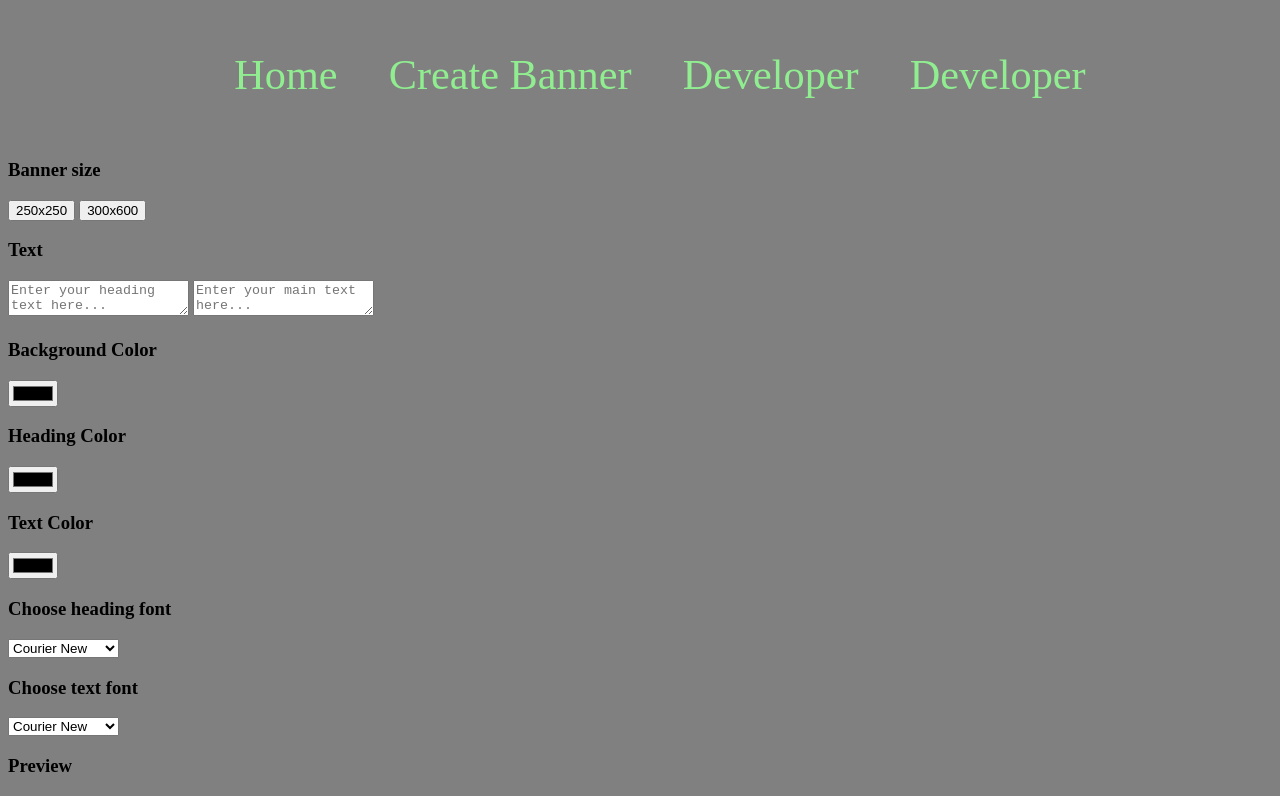
Repository: Yuravolontir/--Baner-Editor--
Page: banner.html
These files come from the project's save history. The page is drawn as it stood at one moment and after the next save; the edit follows.
The browser window is 1280 px wide. The pictures show the whole page.

Above is the page before, as saved 2025-07-15 19:46:39.

### banner.html
<!DOCTYPE html>
<html lang="en">
<head>
    <meta charset="UTF-8">
    <meta name="viewport" content="width=device-width, initial-scale=1.0">
    <title>Document</title>
    <link rel="stylesheet" href="/styles/styles.css">
    <script type="module" src="/scripts/index.js"></script>
    <link href="https://fonts.googleapis.com/css2?family=Be+Vietnam+Pro&family=DM+Sans&family=Figtree&family=Inter&family=Manrope&family=Outfit&family=Rubik&family=Space+Grotesk&family=Sora&family=Urbanist&display=swap" rel="stylesheet">

</head>
<body>

<nav>
    <ul>
    <li><a href="/dashboard.html">Home</a></li>
    <li><a href="/banner.html">Create Banner</a></li>
    <li><a href="/thanks-to-developer.html">Developer</a></li>
    <li><a href="/thanks-to-developer.html">Developer</a></li>
    </ul>
</nav>
<div class="controls">
<h3>Banner size</h3>
<button id="250X250">250x250</button>
<button id="300X600">300x600</button>
<h3>Text</h3>
<textarea id="bannerHeading" placeholder="Enter your heading text here..."></textarea>
<textarea id="bannerText" placeholder="Enter your main text here..."></textarea>
<h3>Background Color</h3>
<input type="color" id="BackgroundColor">

<h3>Heading Color</h3>
<input type="color" id="HeadingColor">

<h3>Text Color</h3>
<input type="color" id="TextColor">

<h3>Choose heading font</h3>
<select id="head-font">
  <option value="Courier New">Courier New</option>
  <option value="Inter">Inter</option>
  <option value="Poppins">Poppins</option>
  <option value="Space Grotesk">Space Grotesk</option>
  <option value="Outfit">Outfit</option>
  <option value="Manrope">Manrope</option>
  <option value="Sora">Sora</option>
  <option value="Figtree">Figtree</option>
  <option value="Rubik">Rubik</option>
  <option value="Urbanist">Urbanist</option>
  <option value="DM Sans">DM Sans</option>
</select>

<h3>Choose text font</h3>
<select id="text-font">
  <option value="Courier New">Courier New</option>
  <option value="Inter">Inter</option>
  <option value="Poppins">Poppins</option>
  <option value="Space Grotesk">Space Grotesk</option>
  <option value="Outfit">Outfit</option>
  <option value="Manrope">Manrope</option>
  <option value="Sora">Sora</option>
  <option value="Figtree">Figtree</option>
  <option value="Rubik">Rubik</option>
  <option value="Urbanist">Urbanist</option>
  <option value="DM Sans">DM Sans</option>
</select>


<h3>Preview</h3>
<div id="preview">

</div>
</body>
</html>

### styles/styles.css
body {
    background-color: grey;
}

#form-container{
    width: 300px;
    margin: 0 auto;
    padding: 20px;
    background-color: white;
    border-radius: 10px;
    box-shadow: 0 0 10px rgba(0, 0, 0, 0.1);
    display: flex;
    flex-direction: column;
    align-items: center;
    text-align: center;
}


nav {
  margin-top: auto;
  margin-bottom: auto;
  display: flex;
  justify-content:center;
  align-items: center;
  margin-left: auto; /* Push navigation items to the right end */
}
nav ul {
  list-style: none;
  display: flex;
  justify-content: flex-end;
}

nav ul li {
  padding: 2vw;
}

nav ul li a {
  text-decoration: none;
  color: lightgreen;
  font-size: 3.3vw;
}

nav ul li a:hover {
  color: orange;
}

#preview {

}

### scripts/index.js
import {createBanner, updateBannerHeading, updateBannerText, updateBannerColor,updateBannerHeadingColor , updateBannerTextColor,updateHeadingFont , updateTextFont} from "./banner.js";




document.getElementById("250X250").addEventListener('click', createBanner);
document.getElementById("300X600").addEventListener('click', createBanner);


document.getElementById("bannerHeading").addEventListener('input', updateBannerHeading);

document.getElementById("bannerText").addEventListener('input', updateBannerText);

document.getElementById("BackgroundColor").addEventListener('input', updateBannerColor);

document.getElementById("HeadingColor").addEventListener('input', updateBannerHeadingColor);

document.getElementById("TextColor").addEventListener('input', updateBannerTextColor);

document.getElementById("head-font").addEventListener('input', updateHeadingFont);

document.getElementById("text-font").addEventListener('input', updateTextFont);

### scripts/banner.js





export function createBanner(event) {
    event.preventDefault();
    const blank = document.querySelector("#preview");
    blank.innerHTML = "";
    const div = document.createElement("div");
    div.id = "generatedBanner"; // So we can update it later

    if (event.target.id === "300X600")
    {
    div.style.width = "300px";
    div.style.height = "600px";
    }
     if (event.target.id === "250X250")
    {
     div.style.width = "250px";
     div.style.height = "250px";
    }

    div.style.border = "1px solid black";
    div.style.background = "white";

    const h1 = document.createElement("h1");
    h1.id = "bannerH1"; // So we can update it
    h1.style.textAlign = "center";
    h1.textContent = document.getElementById("bannerHeading").value;

    const pre = document.createElement("pre");
    pre.id = "bannerPre"; // So we can update it
    pre.style.textAlign = "center";
    pre.textContent = document.getElementById("bannerText").value;

    div.appendChild(h1);
    div.appendChild(pre);

    blank.appendChild(div);
}
export function updateBannerHeading() {
    const h1 = document.getElementById("bannerH1");
    if (h1) {
        h1.textContent = document.getElementById("bannerHeading").value;
    }
}

export function updateBannerText() {
        const pre = document.getElementById("bannerPre");
    if (pre) {
        pre.textContent = document.getElementById("bannerText").value;
    }
}


export function updateBannerColor() {
    const div = document.getElementById("generatedBanner");
    if (div) {
        div.style.backgroundColor = document.getElementById("BackgroundColor").value;
    }
}

export function updateBannerHeadingColor() {
            const h1= document.getElementById("bannerH1");
    if (h1) {
        h1.style.color = document.getElementById("HeadingColor").value;
    }
}

export function updateBannerTextColor() {
        const pre = document.getElementById("bannerPre");
    if (pre) {
        pre.style.color = document.getElementById("TextColor").value;
    }
}

export function updateHeadingFont() {
    const h1 = document.getElementById("bannerH1");
    if (h1) {
        h1.style.fontFamily = document.getElementById("head-font").value;
    }
}
export function updateTextFont() {
    const pre = document.getElementById("bannerPre");
    if (pre) {
        pre.style.fontFamily = document.getElementById("text-font").value;
    }
}

After the next save:
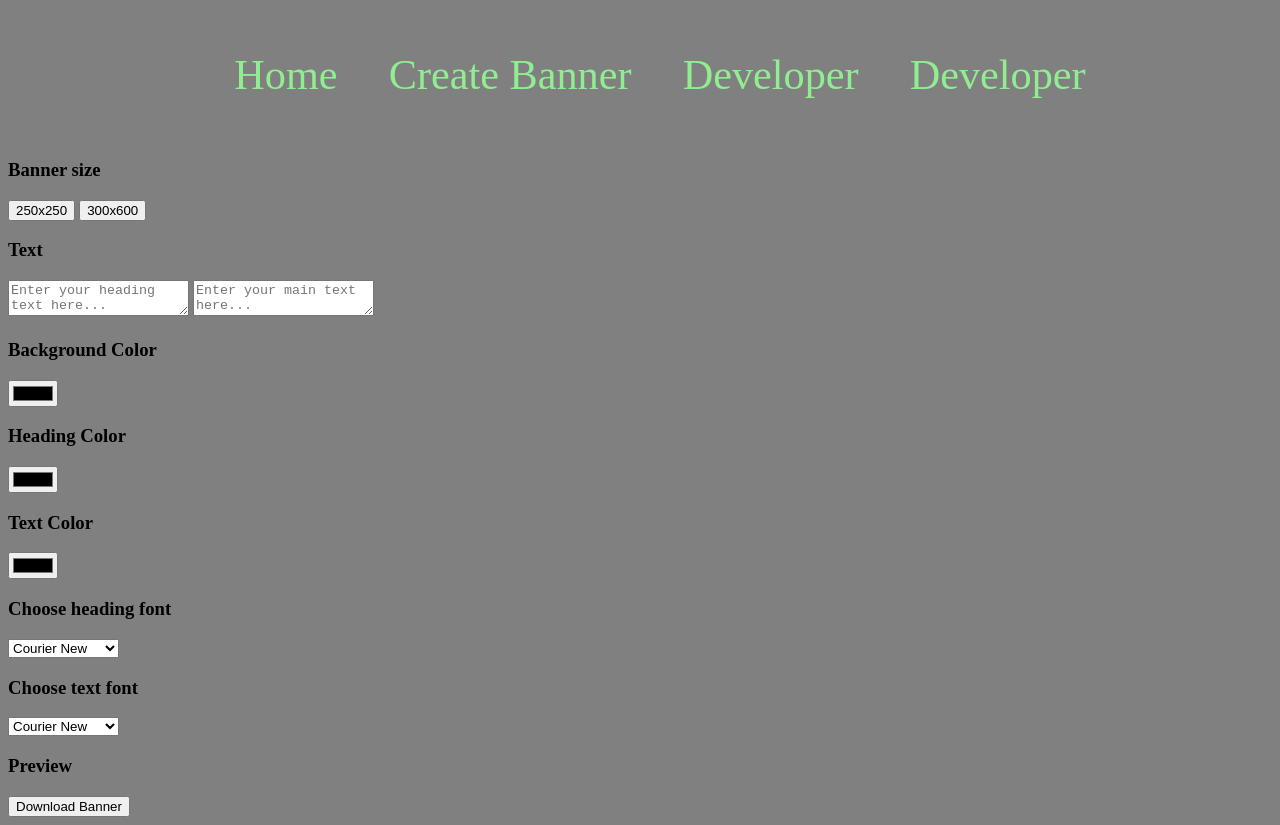
Saved 28 min 48 s later.
--- a/banner.html
+++ b/banner.html
@@ -7,6 +7,15 @@
     <link rel="stylesheet" href="/styles/styles.css">
     <script type="module" src="/scripts/index.js"></script>
     <link href="https://fonts.googleapis.com/css2?family=Be+Vietnam+Pro&family=DM+Sans&family=Figtree&family=Inter&family=Manrope&family=Outfit&family=Rubik&family=Space+Grotesk&family=Sora&family=Urbanist&display=swap" rel="stylesheet">
+
+
+
+
+
+
+
+
+
 
 </head>
 <body>
@@ -70,5 +79,7 @@
 <div id="preview">
 
 </div>
+<button id="downloadBanner">Download Banner</button>
+
 </body>
 </html>
